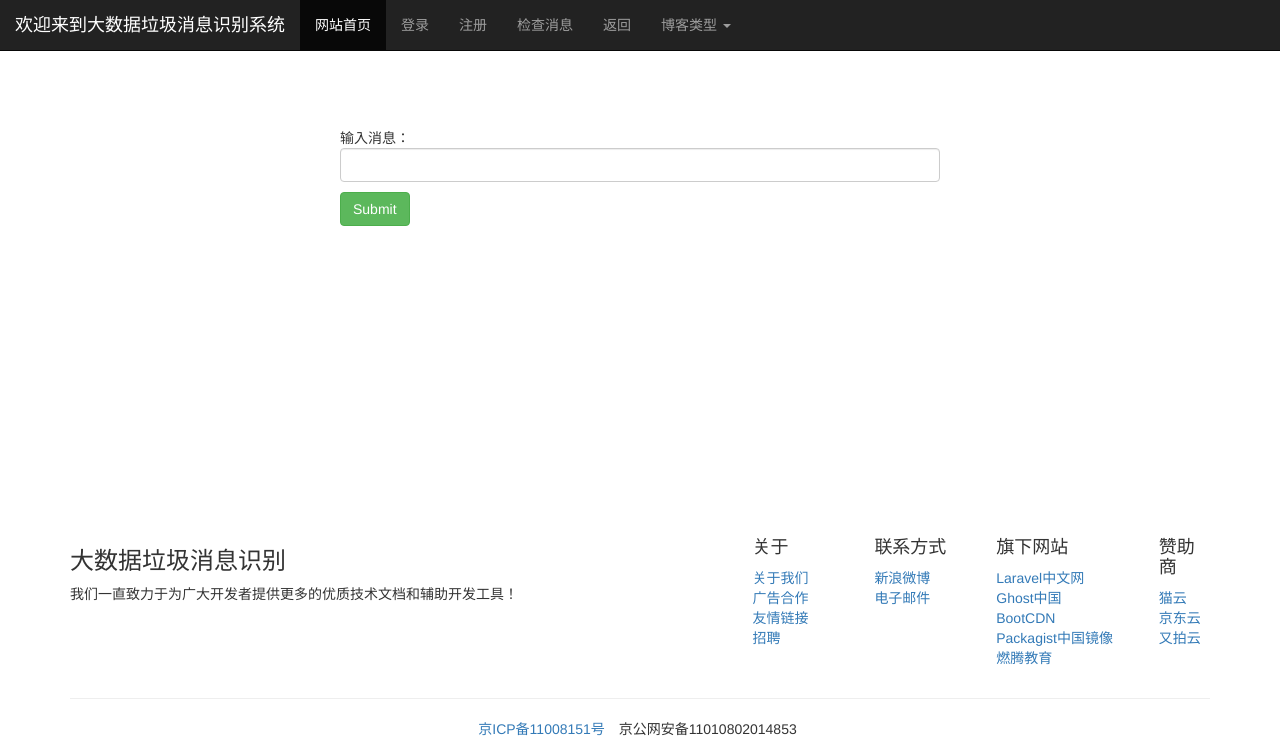
Repository: hyz2993/Practical-Training
Page: http://localhost/SpamDeterminationWebClient/msgcheck.jsp
These files come from the project's save history. The page is drawn as it stood at one moment and after the next save; the edit follows.
The browser window is 1280 px wide. The pictures show the whole page.
The page is served by Tomcat 9. Nobody is signed in. The application's start-up code is not run. The template is opened directly, without the code that normally fills it, so the values that code supplies are empty.

Above is the page before, as saved 2019-07-18 03:18:29.

After the next save:
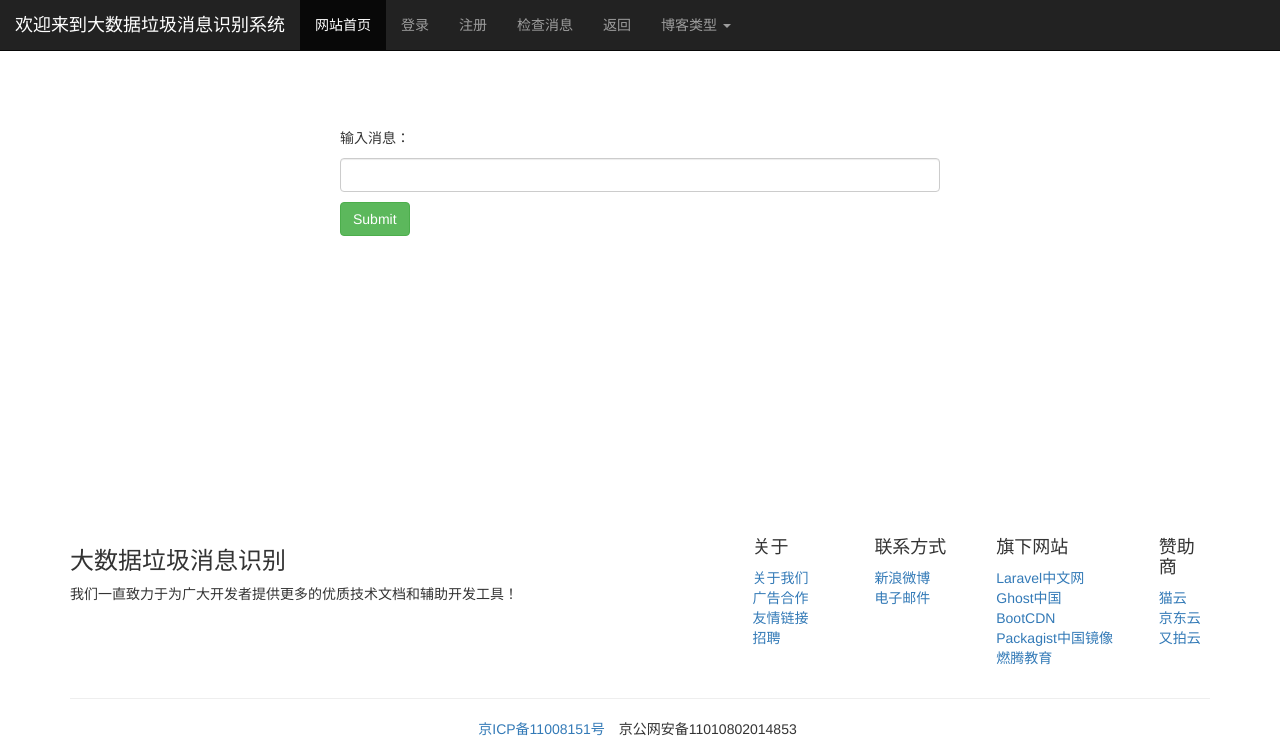
Saved 2 h 41 min later.
--- a/SpamDeterminationWebClient/WebContent/msgcheck.jsp
+++ b/SpamDeterminationWebClient/WebContent/msgcheck.jsp
@@ -22,7 +22,8 @@
 	<div class="dd1">
 		<div class="dd2">
 			<form method="post" action="check">
-				<p>输入消息：<input class="form-control" type="text" name="msg"></p>
+				<p>输入消息：</p>
+				<p><input class="form-control" type="text" name="msg"></p>
 				<p><input class="btn btn-success" type="submit"></p>
 			</form>
 		</div>
